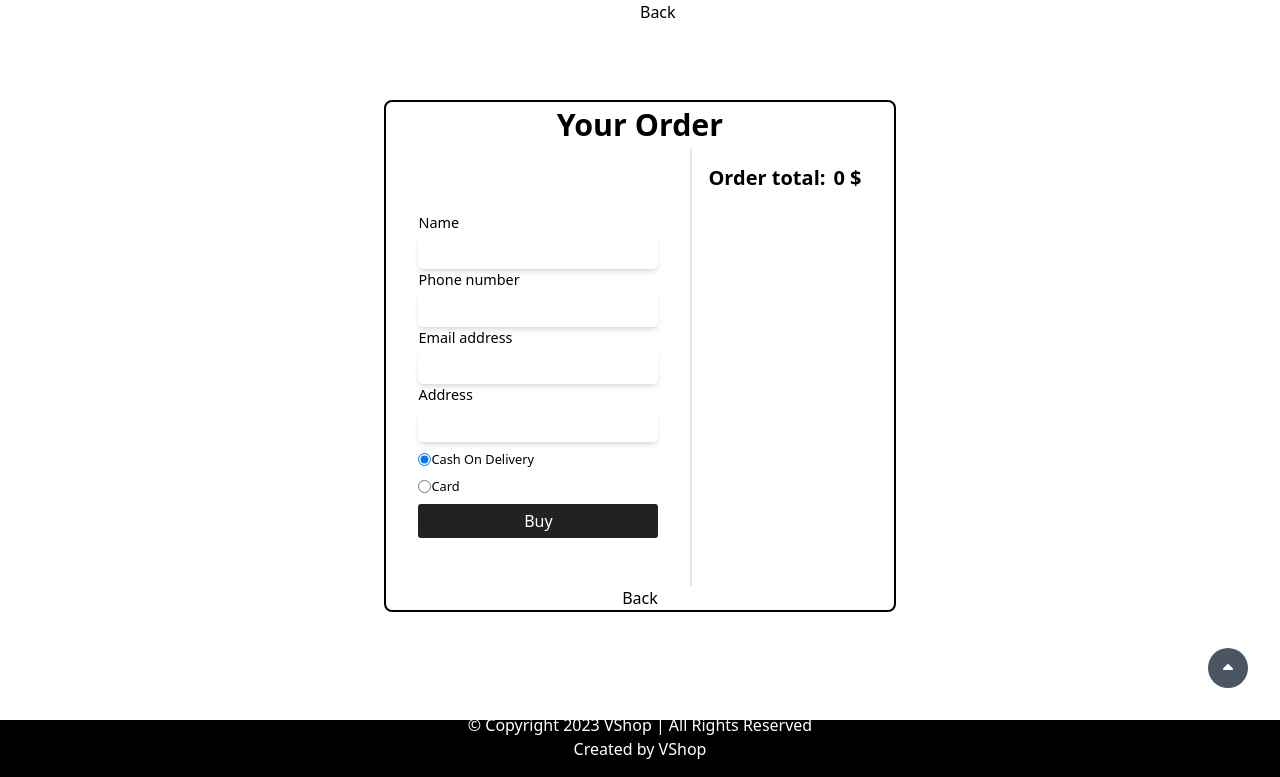
Repository: Kith933UTH/VSHOP
Page: /payment
An editor plug-in stored every save of this project. The page is shown before and after the next save, followed by the edit.
The browser window is 1280 px wide. The pictures show the whole page.
Pictures or frames that could not be fetched are drawn as grey boxes. The project was rebuilt for these pictures with package versions that can differ from the ones it lists, and the page was loaded fresh each time. Also part of the build but not shown: src/components/product-item/ProductItem.js, src/components/loader/Loader.js, src/constants/constants.js, src/components/product-filters/Category.js, src/components/product-filters/Price.js, src/components/product-filters/Rating.js, src/components/product-filters/ProductFilters.js, src/components/cart-shopping/CartEmpty.js and 20 more.

Above is the page before, as saved 2023-08-04 23:16:15.

### public/index.html
<!DOCTYPE html>
<html lang="en">
  <head>
    <meta charset="utf-8" />
    <link rel="icon" href="./logo.png" />
    <meta name="viewport" content="width=device-width, initial-scale=1" />
    <meta name="theme-color" content="#000000" />
    <meta
      name="description"
      content="Web site created using create-react-app"
    />
    <link rel="apple-touch-icon" href="%PUBLIC_URL%/logo192.png" />
    <!--
      manifest.json provides metadata used when your web app is installed on a
      user's mobile device or desktop. See https://developers.google.com/web/fundamentals/web-app-manifest/
    -->
    <link rel="manifest" href="%PUBLIC_URL%/manifest.json" />
    <!--
      Notice the use of %PUBLIC_URL% in the tags above.
      It will be replaced with the URL of the `public` folder during the build.
      Only files inside the `public` folder can be referenced from the HTML.

      Unlike "/favicon.ico" or "favicon.ico", "%PUBLIC_URL%/favicon.ico" will
      work correctly both with client-side routing and a non-root public URL.
      Learn how to configure a non-root public URL by running `npm run build`.
    -->
    <title>VShop</title>
  </head>
  <body>
    <noscript>You need to enable JavaScript to run this app.</noscript>
    <div id="root"></div>
  </body>
</html>

### src/index.js
import React from 'react'
import ReactDOM from 'react-dom/client'
import App from './App'
import {Provider} from "react-redux"
import {BrowserRouter} from "react-router-dom"
import {store} from "./redux"
import './index.css'

const root = ReactDOM.createRoot(document.getElementById('root'))
root.render(
    <Provider store={store}>
        <BrowserRouter>
            <App />
        </BrowserRouter>
    </Provider>
)

### src/redux/index.js
import {configureStore} from "@reduxjs/toolkit"
import {productsApi} from "./products/products.api"
import {productReducer} from "./products/products.slice"
import {setupListeners} from "@reduxjs/toolkit/query"

export const store = configureStore({
    reducer: {
        [productsApi.reducerPath]: productsApi.reducer,
        product: productReducer
    },
    middleware: getDefaultMiddleware => getDefaultMiddleware().concat(productsApi.middleware)
})

setupListeners(store.dispatch)

### src/index.css
@tailwind base;
@tailwind components;
@tailwind utilities;

@layer utilities {
    input[type="number"]::-webkit-inner-spin-button,
    input[type="number"]::-webkit-outer-spin-button {
        @apply appearance-none;
    }
}

html, body {
    width: 100%;
    height: 100%;
}

body::-webkit-scrollbar,
.box-item::-webkit-scrollbar,
.search-box::-webkit-scrollbar{
    width: 8px;
}

main {
    display: flex;
    flex-direction: column;
    height: 100%;
}

body::-webkit-scrollbar-thumb,
.box-item::-webkit-scrollbar-thumb,
.search-box::-webkit-scrollbar-thumb{
    background-color: #ccc;
    border-radius: 20px;
}

#root {
    height: 100%;
}

body {
    overflow: hidden;
}

.productItem:hover {
    transition: opacity .3s linear;
    opacity: .5;
}

.box-item {
    height: 320px;
    overflow-y: scroll;
}

/* Loader */
.loader-box {
    width: 100px;
    height: 100px;
    display: flex;
    justify-content: center;
    align-items: center;
    margin: 50px auto 0;
}

.loader{
    position: relative;
    width: 70px;
    height: 70px;
}

.loader span {
    position: absolute;
    top:0;
    left: 0;
    width: 100%;
    height: 100%;
    transform: rotate(calc(18deg * var(--i)));
}

.loader span::before {
    content:'';
    position: absolute;
    top: 0;
    left: 0;
    width: 10px;
    height: 10px;
    background: #000;
    border-radius: 50%;
    transform: scale(0);
    animation: animate 2s linear infinite;
    animation-delay: calc(0.1s * var(--i));
}
@keyframes animate {
    0%{
        transform: scale(0);
    }
    10%{
        transform: scale(1.2);
    }
    80%,100%{
        transform: scale(0);
    }
}

### src/context/context.js
import {createContext} from "react"

export const Context = createContext()

### src/components/payment/Payment.js
import React from "react"
import {useDispatch, useSelector} from "react-redux"
import { Link, useNavigate } from "react-router-dom"
import { CartItemPayment } from "./CartItemPayment"
import './index.css'
export function Payment({login}) {
    const navigate = useNavigate()
    const {cart, btnCart} = useSelector(state => state.product)
    const totalPrice = () => {
        let price = 0
        cart.forEach(item => price += item.price * item.quantity)
        return Math.round(price * 0.9 * 100) / 100
    }
    return (
        <div className="payment-page text-center m-5-auto flex justify-center">
            <div className="border-2 rounded-lg border-black w-max h-fit">
            <h2>Your Order</h2>
            <button className="absolute top-0" onClick={() => navigate(-1)}>Back</button>
            <div className="flex flex-row justify-center">
                <form className="border-none bg-none m-0" action="/success">
                    <p>
                        <label>Name</label><br/>
                        <input className='shadow-md' type="text" name="name" required />
                    </p>
                    <p>
                        <label>Phone number</label><br/>
                        <input className='shadow-md' type="tel" name="tel" required />
                    </p>
                    <p>
                        <label>Email address</label><br/>
                        <input className='shadow-md' type="email" name="email" required />
                    </p>
                    <p>
                        <label>Address</label><br/>
                        <input className='shadow-md'  type="text" name="address" required />
                    </p>
                    <p className='flex justify-start pt-2'>
                        <input className='' type="radio" name="checkbox" defaultChecked/> <span>Cash On Delivery</span>
                    </p>
                    <p className='flex justify-start py-2'>
                        <input className='' type="radio" name="checkbox" /> <span>Card</span>
                    </p>

                    <p>
                        <button id="sub_btn" type="submit">Buy</button>
                    </p>
                </form>
                <div className={`border-l-2 px-4 ${cart.length > 2 ? 'box-item' : ''}`}>
                    {cart.map(item => <CartItemPayment key={item.id} item={item}/>)}
                    <div className='flex justify-center sm:justify-end pt-4'>
                        <div className='w-fit rounded-xl flex flex-col justify-between items-center sm:flex-row'>
                            <div className='mr-0 sm:mr-4 font-semibold'>
                                <span className='mr-2 text-base sm:text-xl'>Order total:</span>
                                <span className='text-base sm:text-xl'>{totalPrice()} $</span>
                            </div>
                        </div>
                    </div>
                </div>
            </div>
            <footer>
                <button onClick={() => navigate(-1)}>Back</button>
            </footer>
            </div>
        </div>
    )
}

### src/components/policy/Policy.js
import React from "react"
import { Link } from "react-router-dom"
export function Policy() {
    return (
        <div className='text-white in-h-fit max-w-[1240px] mx-auto py-2 text-sm sm:text-base flex justify-around items-cente'>
            <Link className='text-lg font-medium text-center' to='/return-policy'>
                RETURN POLICIES
            </Link>
            <Link className='text-lg font-medium text-center' to='/warranty-policy'>
                WARRANTY POLICIES
            </Link>
            <Link className='text-lg font-medium text-center' to='/shipping-policy'>
                SHIPPING POLICIES
            </Link>
        </div>
    )
}

### src/components/login/index.css
/* .m-5-auto {
    margin: 5rem auto
} */

.primary-button {
    margin-top: 5rem;
    margin-right: 1rem;
    padding: .6rem;
    width: 10rem;
    background: #222;
    border: none;
    color: #fff;
    font-size: 1.2rem;
    transition: all .5s;
    cursor: pointer;
    text-transform: capitalize
}

/***    Landing Page     ***/
.main-title,
.main-para {
    color: #f1f1f1
}

.main-title {
    padding-top: 10rem;
    font-size: 5rem;
    font-family: 'Fascinate', cursive;
    text-transform: uppercase
}

.main-para {
    font-size: 2.5rem;
    text-Transform: capitalize
}

#reg_btn span {
    display: inline-block;
    position: relative;
    transition: 0.5s;
}

#reg_btn span:after {
    content: '\00bb';
    position: absolute;
    opacity: 0;
    top: 0;
    right: -20px;
    transition: 0.5s;
}

#reg_btn:hover span {
  padding-right: 25px;
}

#reg_btn:hover span:after {
  opacity: 1;
  right: 0;
}

/***    Login Page     ***/
.login-page h2 {
    font-weight: 700;
    font-size: 1.9rem;
}
.login-page {
    position: fixed;
    top: 0;
    left: 0;
    right: 0;
    bottom: 0;
    z-index: 10;
    background-color: white;
    padding-top: 100px;
}

.login-page form {
    display: inline-block;
    background: #f3f3f3;
    border: 1px solid #ddd;
    border-radius: 2px;
    padding: 2rem;
    margin: 2rem 0 1rem 0
}

.login-page form label {
    float: left;
    font-size: .9rem;
    margin: 0;
    padding: 0
}

.right-label {
    float: right;
    cursor: pointer
}

.login-page input {
    width: 15rem;
    padding: .3rem;
    border-radius: 5px;
    outline: none;
    border: none
}

#sub_btn {
    display: block;
    width: 100%;
    padding: .3rem;
    border: none;
    background: #222;
    color: #fff;
    border-radius: 3px;
}

#sub_btn:hover {
    background: #333;
    transition: all .5s
}

/* footer p {
    margin: 0;
    font-size: .9rem
} */

/***    Register Page     ***/
#checkbox {
    width: 1rem
}

form span {
    font-size: .8rem
}

#reset_pass_lbl {
    float: left
}

/***    Home Page     ***/
.home-page-title {
    color: #222
}


.register-page input {
    width: 15rem;
    padding: .3rem;
    border-radius: 5px;
    outline: none;
    border: none
}

.register-page h2 {
    font-weight: 700;
    font-size: 1.9rem;
}
.register-page {
    position: fixed;
    top: 0;
    left: 0;
    right: 0;
    bottom: 0;
    z-index: 10;
    background-color: white;
    padding-top: 100px;
}

.register-page form {
    display: inline-block;
    background: #f3f3f3;
    border: 1px solid #ddd;
    border-radius: 2px;
    padding: 2rem;
    margin: 2rem 0 1rem 0
}

.register-page form label {
    float: left;
    font-size: .9rem;
    margin: 0;
    padding: 0
}

### src/components/payment/index.css
.payment-page input:not(.payment-page input[type=radio]){
    width: 15rem;
    padding: .3rem;
    border-radius: 5px;
    outline: none;
    border: none
}

.payment-page h2 {
    font-weight: 700;
    font-size: 1.9rem;
}
.payment-page {
    position: fixed;
    top: 0;
    left: 0;
    right: 0;
    bottom: 0;
    z-index: 10;
    background-color: white;
    padding-top: 100px;
}

.payment-page form {
    display: inline-block;
    padding: 2rem;
    margin: 2rem 0 1rem 0
}

.payment-page form label {
    float: left;
    font-size: .9rem;
    margin: 0;
    padding: 0
}

### src/components/contact/index.css
.contact-section {
    /* height: 96vh; */
    width: 100%;
    border-bottom: 1px solid #999;
}

.form-area {
    position: relative;
    /* height:84vh; */
    width: 100%;
    background: black;
    -webkit-box-sizing: border-box;
    box-sizing: border-box;
}

.form-area .form-wrap {
    /* position: absolute; */
    /* left: 50%;
    -webkit-transform: translateX(-50%);
    -ms-transform: translateX(-50%);
    transform: translateX(-50%); */
    width: 1120px;
    background-color: white;
    background-size: cover;
    background-position: center;
    border-radius: 0.2rem;
    -webkit-box-sizing: border-box;
    box-sizing: border-box;
    -webkit-box-shadow: 0 0 0.4rem 0 #999;
    box-shadow: 0 0 0.4rem 0 #999;
}

.form-wrap .title {
    padding-top: 2.4rem;
    width: 100%;
    -webkit-box-sizing: border-box;
    box-sizing: border-box;
}

.form-wrap .title h1 {
    color: black;
    font-size: 2.6rem;
    text-align: center;
}

.form-wrap .contact-area {
    padding-top: 3rem;
    display: -webkit-box;
    display: -ms-flexbox;
    display: flex;
    width: 100%;
    height: auto;
    -webkit-box-sizing: border-box;
    box-sizing: border-box;
}

.contact-area .contact-info {
    display: flex;
    flex-direction: column;
    justify-content: center;
    align-items: center;
    width: 35%;
    height: 100%;
    margin-left: 6rem;
}

.contact-info>div {
    margin-bottom: 1rem;
    display: -webkit-box;
    display: -ms-flexbox;
    display: flex;
    -webkit-box-align: center;
    -ms-flex-align: center;
    align-items: center;
}

.contact-info>div>p {
    color: #333;
    font-size: 1.4rem;
    font-weight: 500;
    text-align: center;
}

.contact-info>div>span {
    color: #61790a;
    font-size: 2rem;
    margin-right: 0.8rem;
}

.contact-area .contact-form {
    display: -webkit-box;
    display: -ms-flexbox;
    display: flex;
    -webkit-box-orient: vertical;
    -webkit-box-direction: normal;
    -ms-flex-direction: column;
    flex-direction: column;
    width: 60%;
    height: auto;
    padding: 0 3rem;
    -webkit-box-sizing: border-box;
    box-sizing: border-box;
}

.contact-form .name-field {
    display: -webkit-box;
    display: -ms-flexbox;
    display: flex;
    -webkit-box-pack: justify;
    -ms-flex-pack: justify;
    justify-content: space-between;
}

.name-field .input-area {
    width: 48%;
}

.contact-form .input-area {
    position: relative;
    margin-bottom: 2rem;
}

.input-area input {
    height: 3rem;
    width: 100%;
    color: #333;
    font-size: 1.2rem;
    border: 2px solid #fff;
    border-radius: 0.2rem;
    /* background: #eff; */
    -webkit-box-shadow: 0 0 0.1rem #666;
    box-shadow: 0 0 0.1rem #666;
    outline: none;
    padding: 0 1rem;
    -webkit-box-sizing: border-box;
    box-sizing: border-box;
    -webkit-transition: all 0.3s ease;
    -o-transition: all 0.3s ease;
    transition: all 0.3s ease;
}

.input-area label {
    position: absolute;
    top: 50%;
    left: 1rem;
    -webkit-transform: translateY(-50%);
    -ms-transform: translateY(-50%);
    transform: translateY(-50%);
    color: #333;
    font-size: 1.2rem;
    font-weight: 500;
    -webkit-transition: all 0.3s ease;
    -o-transition: all 0.3s ease;
    transition: all 0.3s ease;
}

.input-area input:focus~label,
.input-area input:valid~label {
    top: -0.8rem;
    left: 0;
    color: #fff;
    background: #111;
    border-radius: 5px;
    padding: 0.2rem;
    font-size: 1rem;
}

.contact-form .message-area {
    position: relative;
    -webkit-box-flex: 1;
    -ms-flex: 1 1 auto;
    flex: 1 1 auto;
    height: 200px;
    width: 100%;
}

.message-area textarea {
    height: 100%;
    width: 100%;
    border: 2px solid #fff;
    outline: none;
    font-size: 1.2rem;
    padding: 1rem;
    color: #333;
    -webkit-box-sizing: border-box;
    box-sizing: border-box;
    -webkit-box-shadow: 0 0 0.1rem #666;
    box-shadow: 0 0 0.1rem #666;
    border-radius: 0.2rem;
    resize: vertical;
    -webkit-transition: all 0.3s ease;
    -o-transition: all 0.3s ease;
    transition: all 0.3s ease;
}

.message-area label {
    position: absolute;
    color: #333;
    font-weight: 500;
    font-size: 1.2rem;
    top: 1rem;
    left: 1rem;
    -webkit-transition: all 0.3s ease;
    -o-transition: all 0.3s ease;
    transition: all 0.3s ease;
}

.message-area textarea:focus~label,
.message-area textarea:valid~label {
    top: -1.6rem;
    left: 0;
    color: #fff;
    padding: 0.2rem;
    background: #111;
    font-size: 1rem;
}

.contact-form .btn {
    margin-top: 1.8rem;
}

.contact-form .btn button {
    height: 3.2rem;
    width: 8rem;
    border: none;
    outline: none;
    color: #fff;
    font-size: 1.2rem;
    background: black;
    border-radius: 0.1rem;
    cursor: pointer;
}

#contact.menu-active {
    padding-top: 2rem;
}

### src/components/contact/reponsive.css
@media screen and (min-width: 940px) and (max-width: 1360px) {
    /* .contact-section {
        height: 107vh;
    } */
    .form-area .form-wrap {
        width: 90%;
        height: 620px;
    }
}

@media screen and (max-width: 1040px) {
    .contact-area .contact-info {
        margin-left: 0;
        display: flex;
        flex-direction: column;
        justify-content: center;
        align-items: center;
    }

    .contact-area .contact-form {
        padding: 0 1.8rem;
    }

}



@media screen and (max-width: 940px) {
    /* .contact-section {
        height: 148vh;
    } */

    .form-area .form-wrap {
        padding-bottom: 3.6rem;
        width: 80%;
        height: auto;
    }

    .form-wrap .contact-area {
        -webkit-box-orient: vertical;
        -webkit-box-direction: normal;
        -ms-flex-direction: column;
        flex-direction: column;
        -webkit-box-pack: center;
        -ms-flex-pack: center;
        justify-content: center;
    }

    .contact-area .contact-info {
        width: 100%;
    }

    .contact-area .contact-form {
        width: 100%;
        padding: 1rem 4rem 0 4rem;
    }
}

/*
@media screen and (max-width: 836px) {
    .contact-section {
        min-height: 96vh;
    }
} */

@media screen and (max-width: 770px) {
    .contact-section {
        height: 1100px;
    }

    .form-area .form-wrap {
        width: 88%;
        height: auto;
    }
}

@media screen and (max-width: 680px) {
    .contact-section {
        height: 1100px;
    }


    .form-area .form-wrap {
        /* top: -82%; */
        width: 88%;
        height: auto;
    }

}


@media screen and (max-width: 490px) {
    .contact-section {
        height: 1100px;
    }

    .contact-area .contact-info {
        width: 88%;
        margin-left: 1.2rem;
    }

    .form-area .form-wrap {
        /* top: -82%; */
        width: 88%;
        height: auto;
    }

    .contact-info>div>p {
        font-size: 1.2rem;
    }

    .contact-area .contact-form {
        margin-top: 1.4rem;
        padding: 0 1.2rem;
    }

}

@media screen and (max-width: 390px) {
    .contact-section {
        height: 1130px;
    }

    .contact-area .contact-info {
        width: 80%;
        /* margin-left: 1.2rem; */
    }

    .form-area .form-wrap {
        width: 90%;
        height: auto;
    }

    .contact-info>div>p {
        font-size: 1.2rem;
    }

    .contact-area .contact-form {
        width: 100%;
        padding: 1rem 1rem 0 1rem;
    }
}


@media screen and (max-width: 340px) {
    .contact-section {
        height: 980px;
    }

    .form-area .form-wrap {
        top: -86%;
        width: 96%;
    }

    .contact-area  {
        width: 100%;
    }

    .contact-area .contact-info {
        width: 100%;
        margin-left: 1rem;
    }

    .form-wrap .title h1 {
        font-size: 2rem;
    }

    .contact-info>h2 {
        font-size: 1.6rem;
    }

    .contact-info>div>p {
        font-size: 1rem;
    }

    .contact-info>div>span {
        font-size: 1.2rem;
    }

    .input-area label {
        font-size: 1rem;
    }

    .message-area label {
        font-size: 1rem;
    }

}

Loaded but not shown: tailwind.config.js (common file); src/components/contact/Contact.js (66 lines, source omitted); src/App.js (46 lines, source omitted); src/redux/products/products.slice.js (60 lines, source omitted); src/components/footer/Footer.js (38 lines, source omitted); src/redux/products/products.api.js (32 lines, source omitted); src/components/btn-scroll/BtnScroll.js (22 lines, source omitted)

After the next save:
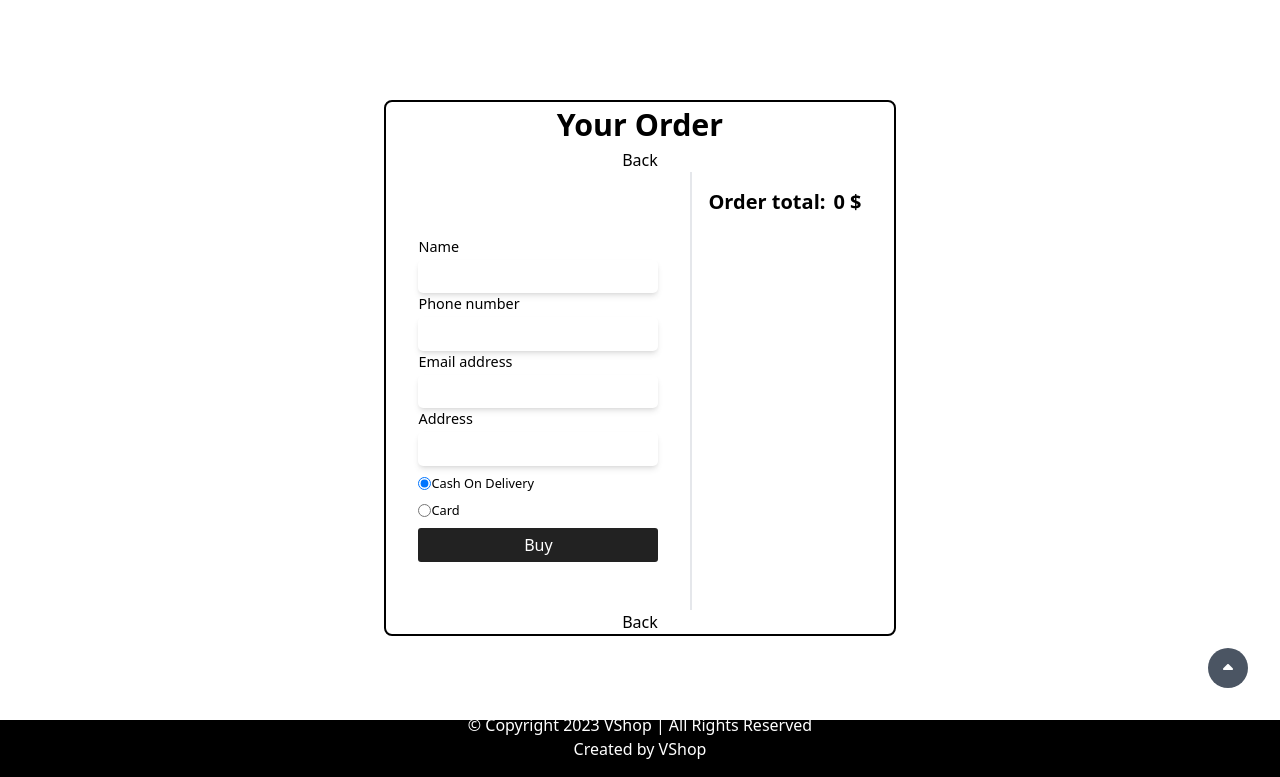
Saved 12 s later.
--- a/src/components/payment/Payment.js
+++ b/src/components/payment/Payment.js
@@ -15,7 +15,7 @@ export function Payment({login}) {
         <div className="payment-page text-center m-5-auto flex justify-center">
             <div className="border-2 rounded-lg border-black w-max h-fit">
             <h2>Your Order</h2>
-            <button className="absolute top-0" onClick={() => navigate(-1)}>Back</button>
+            <button className="relative top-0" onClick={() => navigate(-1)}>Back</button>
             <div className="flex flex-row justify-center">
                 <form className="border-none bg-none m-0" action="/success">
                     <p>

After the save that followed:
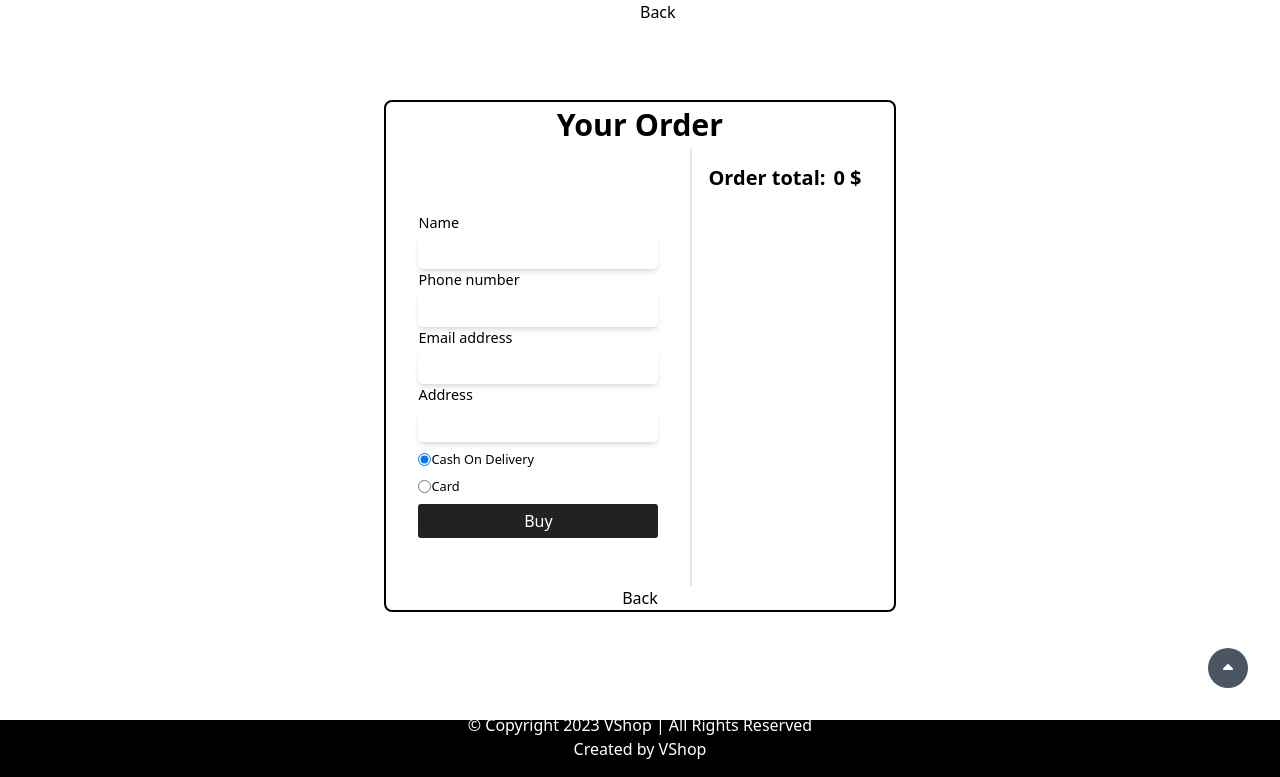
Saved 49 s later.
--- a/src/components/payment/Payment.js
+++ b/src/components/payment/Payment.js
@@ -15,7 +15,7 @@ export function Payment({login}) {
         <div className="payment-page text-center m-5-auto flex justify-center">
             <div className="border-2 rounded-lg border-black w-max h-fit">
             <h2>Your Order</h2>
-            <button className="relative top-0" onClick={() => navigate(-1)}>Back</button>
+            <button className="absolute top-0" onClick={() => navigate(-1)}>Back</button>
             <div className="flex flex-row justify-center">
                 <form className="border-none bg-none m-0" action="/success">
                     <p>
